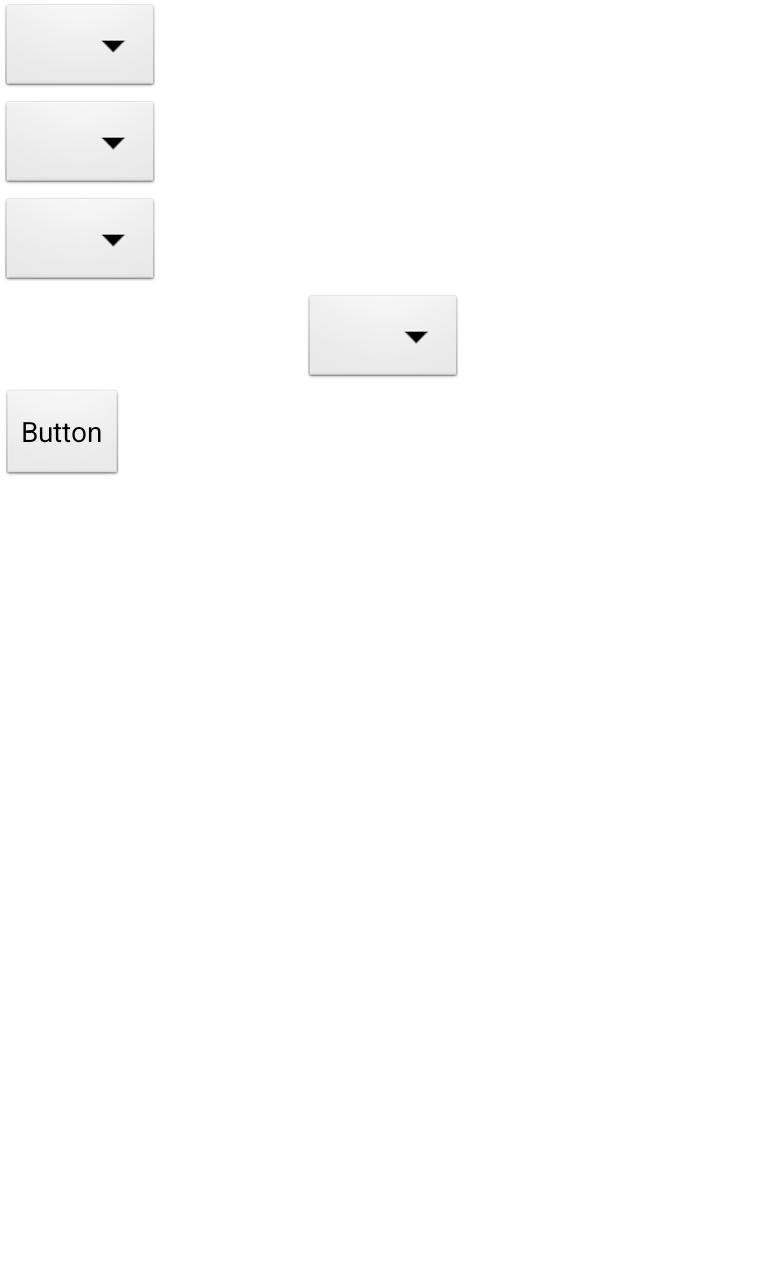
Repository: Lorvak/Pedido
Layout: workspace/Pedido_pizzaria/res/layout/activity_pedido_form.xml
The author's editor kept a copy of each file at every save. The layout is drawn from the files as they stood at one save, then again after the next save.
It is drawn on a 768 x 1280 px phone screen (xhdpi) without system bars, with theme AppTheme; the app's code is not run.

Above is the layout before, as saved 2013-02-25 23:21:15.

### workspace/Pedido_pizzaria/res/layout/activity_pedido_form.xml
<RelativeLayout xmlns:android="http://schemas.android.com/apk/res/android"
    xmlns:tools="http://schemas.android.com/tools"
    android:layout_width="match_parent"
    android:layout_height="match_parent"
    tools:context=".PedidoFormActivity" >

    <Spinner
        android:id="@+id/spnMesa"
        android:layout_width="wrap_content"
        android:layout_height="wrap_content"
        android:layout_alignParentLeft="true"
        android:layout_alignParentTop="true" />

    <Spinner
        android:id="@+id/spnPizza"
        android:layout_width="wrap_content"
        android:layout_height="wrap_content"
        android:layout_alignParentLeft="true"
        android:layout_below="@+id/spnMesa" />

    <Spinner
        android:id="@+id/spnBebida"
        android:layout_width="wrap_content"
        android:layout_height="wrap_content"
        android:layout_alignParentLeft="true"
        android:layout_below="@+id/spnPizza" />

        <Spinner
            android:id="@+id/spinnerPizzas"
            android:layout_width="wrap_content"
            android:layout_height="wrap_content"
            android:layout_below="@+id/spnBebida"
            android:layout_centerHorizontal="true" />

    <Button
        android:id="@+id/btVoltar"
        android:layout_width="wrap_content"
        android:layout_height="wrap_content"
        android:layout_alignParentLeft="true"
        android:layout_below="@id/spinnerPizzas"
        android:text="Button" />



</RelativeLayout>

### workspace/Pedido_pizzaria/res/values/strings.xml
<?xml version="1.0" encoding="utf-8"?>
<resources>

    <string name="app_name">Sistema Pizzaria</string>
    <string name="hello_world">Hello world!</string>
    <string name="menu_settings">Configurações</string>
    <string name="title_activity_main">Sistema Pizzaria</string>
    <string name="sistema">Sistema Pizzaria</string>
    <string name="save">Salvar</string>
    <string name="cancel">Limpar</string>
    <string name="project">Projeto</string>
    <string name="title_activity_tela_sucesso">TelaSucesso</string>
    <string name="sucesso">Dados enviados com sucesso!</string>
    <string name="voltar">Voltar</string>
    <string name="title_activity_authentication">Sistema Pizzaria - Autenticação</string>
    <string name="entrar">Entrar</string>
    <string name="Login">Login</string>
    <string name="senha">Senha</string>
    <string name="dicaSenha">Sua senha</string>
    <string name="seuUsuario">Seu usuário</string>
    <string name="dicaTempo">Quantas horas?</string>
    <string name="dicaDescricao">O que você fez?</string>
    <string name="title_activity_activity_listagem">Listagem de Registros</string>
    <string name="listagem">Ver registros</string>
    <string name="search">Pesquisar</string>
    <string name="title_activity_activity_listar_pedidos">Sistema Pizzaria</string>
    <string name="title_activity_pedido_form">PedidoFormActivity</string>
    <string name="pedido">Pedido</string>
    <string name="sabor">Sabor</string>
    <string name="tamanho">Tamanho</string>
    <string name="borda">Borda</string>
    <string name="txtbebida">Bebida</string>
    <string name="txtBtMainCadPaedido">Cadastrar Pedido</string>
    <string name="realizar_pedido">Realizar Pedido</string>

</resources>

Loaded but not shown: workspace/Pedido_pizzaria/res/values/styles.xml (common file)

After the next save:
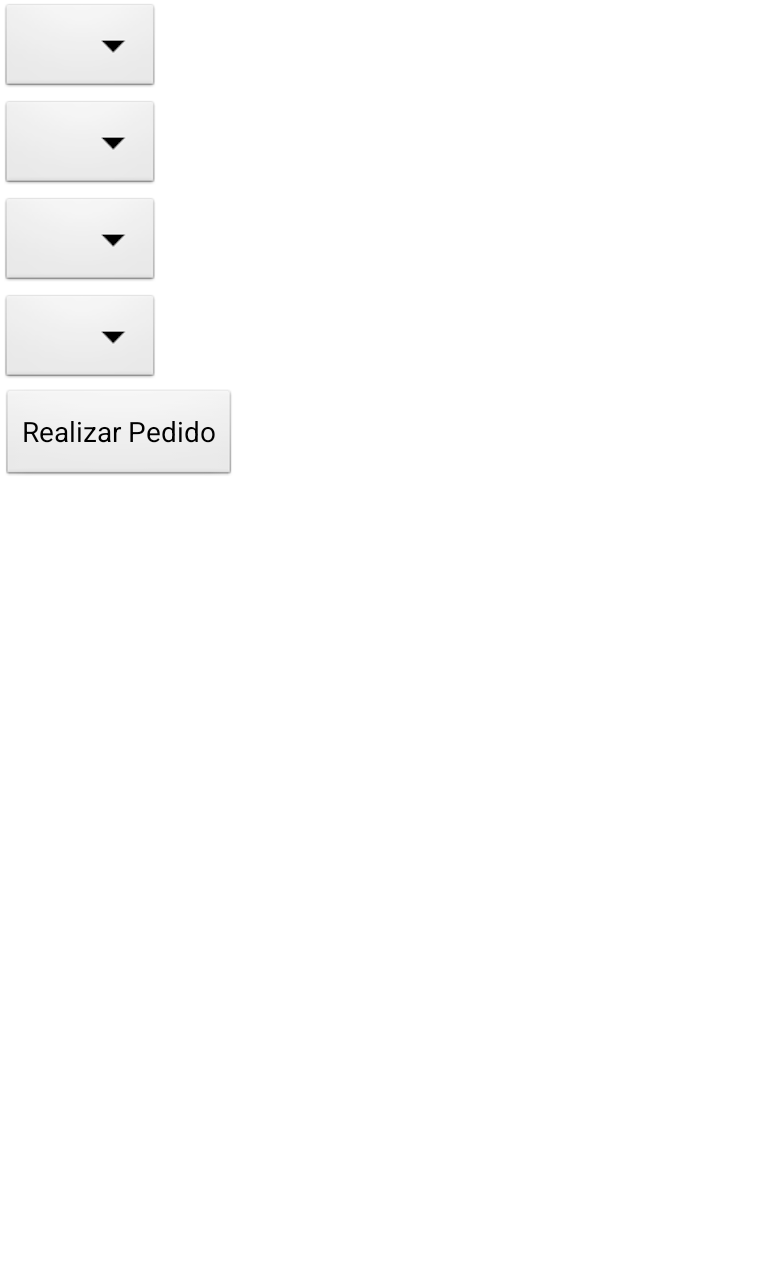
Saved 54 s later.
--- a/workspace/Pedido_pizzaria/res/layout/activity_pedido_form.xml
+++ b/workspace/Pedido_pizzaria/res/layout/activity_pedido_form.xml
@@ -30,7 +30,7 @@
             android:layout_width="wrap_content"
             android:layout_height="wrap_content"
             android:layout_below="@+id/spnBebida"
-            android:layout_centerHorizontal="true" />
+            android:layout_alignParentLeft="true" />
 
     <Button
         android:id="@+id/btVoltar"
@@ -38,8 +38,6 @@
         android:layout_height="wrap_content"
         android:layout_alignParentLeft="true"
         android:layout_below="@id/spinnerPizzas"
-        android:text="Button" />
-
-
+        android:text="@string/realizar_pedido" />
 
 </RelativeLayout>
